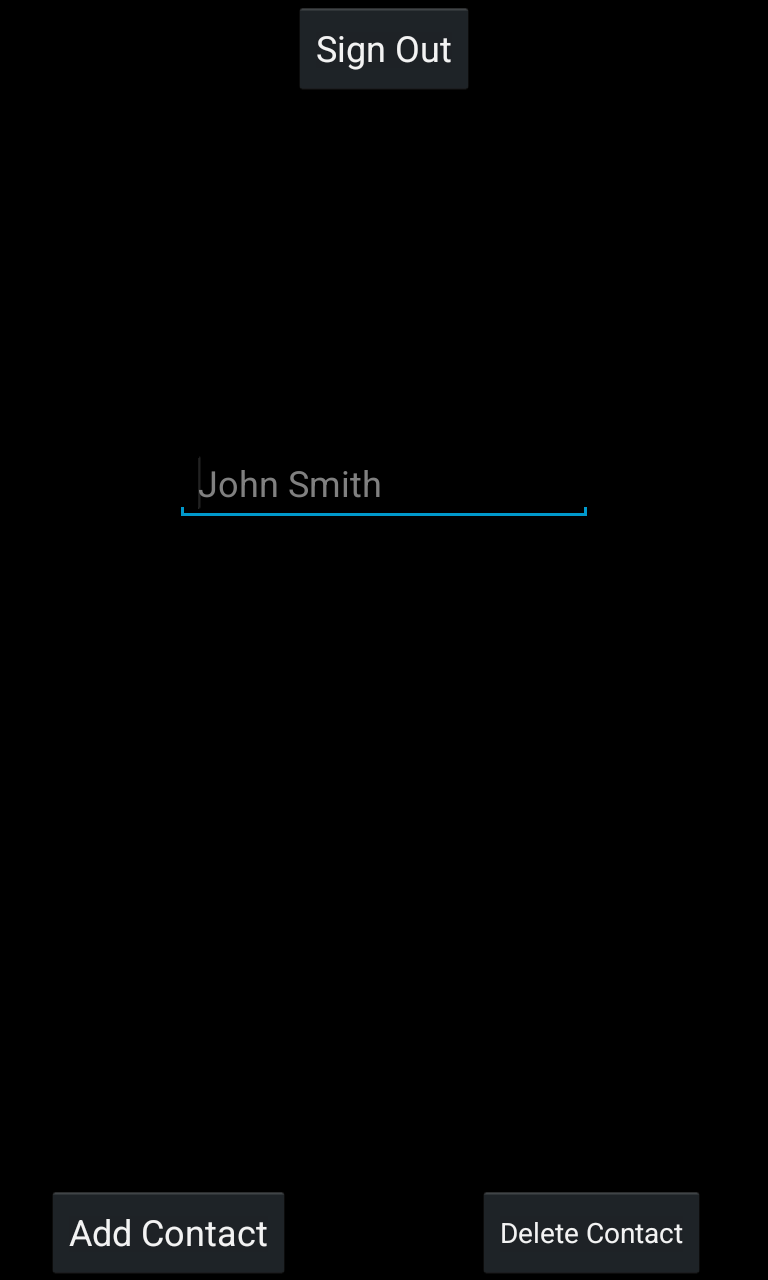
Repository: arianaantonio/CPMD
Layout: ContactsAppAndroid/res/layout/contacts_layout.xml
An editor plug-in stored every save of this project. The layout is shown before and after the next save, followed by the edit.
It is drawn on a 768 x 1280 px phone screen (xhdpi) without system bars, with theme android:Theme.Holo; the app's code is not run. Lists and similar views that code fills are empty.

Above is the layout before, as saved 2014-10-30 08:21:52.

### ContactsAppAndroid/res/layout/contacts_layout.xml
<?xml version="1.0" encoding="utf-8"?>
<RelativeLayout xmlns:android="http://schemas.android.com/apk/res/android"
    xmlns:tools="http://schemas.android.com/tools"
    android:layout_width="match_parent"
    android:layout_height="match_parent"
    android:orientation="vertical"
    tools:context="com.parse.starter.ContactsActivity" >

    <ListView
        android:id="@+id/listView1"
        android:layout_width="match_parent"
        android:layout_height="200dp"
        android:layout_alignParentTop="true"
        android:layout_centerHorizontal="true"
        android:layout_marginTop="22dp" >
    </ListView>

    <Button
        android:id="@+id/addButton"
        android:layout_width="wrap_content"
        android:layout_height="wrap_content"
        android:layout_alignParentBottom="true"
        android:layout_toLeftOf="@+id/signoutButton"
        android:text="@string/add" />

    <Button
        android:id="@+id/deleteButton"
        style="?android:attr/buttonStyleSmall"
        android:layout_width="wrap_content"
        android:layout_height="wrap_content"
        android:layout_alignParentBottom="true"
        android:layout_toRightOf="@+id/signoutButton"
        android:text="@string/delete" />

    <EditText
        android:id="@+id/contactName"
        android:layout_width="wrap_content"
        android:layout_height="wrap_content"
        android:layout_below="@+id/listView1"
        android:layout_centerHorizontal="true"
        android:hint="@string/name"
        android:ems="10" >

        <requestFocus />
    </EditText>

    <Button
        android:id="@+id/signoutButton"
        android:layout_width="wrap_content"
        android:layout_height="wrap_content"
        android:layout_above="@+id/button3"
        android:layout_centerHorizontal="true"
        android:layout_marginBottom="28dp"
        android:text="@string/signOut" />

    <EditText
        android:id="@+id/contactphonenumber"
        android:layout_width="wrap_content"
        android:layout_height="wrap_content"
        android:layout_above="@+id/signoutButton"
        android:layout_alignLeft="@+id/contactName"
        android:layout_marginBottom="19dp"
        android:ems="10"
        android:hint="@string/phoneNumber"
        android:inputType="phone" />

</RelativeLayout>

### ContactsAppAndroid/res/values/strings.xml
<?xml version="1.0" encoding="utf-8"?>
<resources>
    <string name="hello">Hello World, ParseStarterProjectActivity!</string>
    <string name="app_name">ParseStarterProject</string>
    <string name="login">Log In</string>
    <string name="signup">Sign Up</string>
    <string name="skip">Skip</string>
    <string name="username">username</string>
    <string name="password">password</string>
    <string name="newUsername">Create Username</string>
    <string name="newPassword">Create Password</string>
    <string name="contacts">Contacts</string>
    <string name="name">John Smith</string>
    <string name="phoneNumber">(323)523-2463</string>
    <string name="add">Add Contact</string>
    <string name="delete">Delete Contact</string>
    <string name="signOut">Sign Out</string>

</resources>

After the next save:
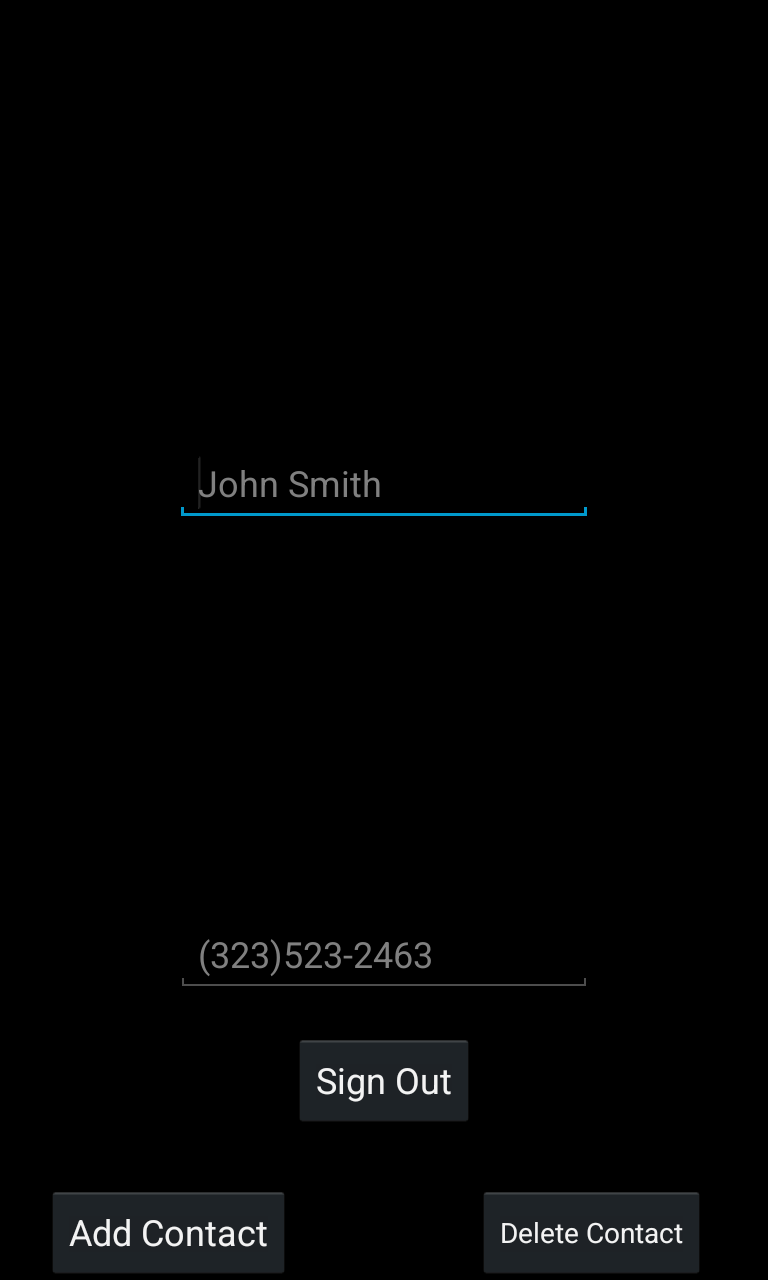
Saved 6 s later.
--- a/ContactsAppAndroid/res/layout/contacts_layout.xml
+++ b/ContactsAppAndroid/res/layout/contacts_layout.xml
@@ -48,7 +48,7 @@
         android:id="@+id/signoutButton"
         android:layout_width="wrap_content"
         android:layout_height="wrap_content"
-        android:layout_above="@+id/button3"
+        android:layout_above="@+id/deleteButton"
         android:layout_centerHorizontal="true"
         android:layout_marginBottom="28dp"
         android:text="@string/signOut" />
